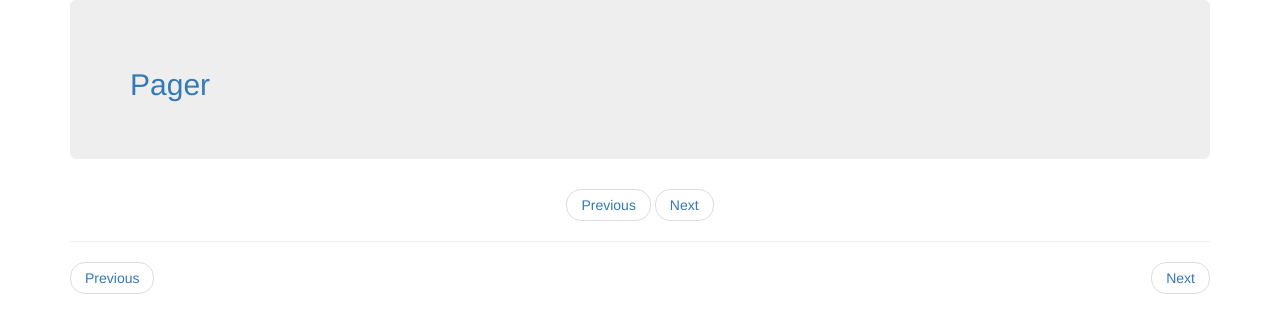
Repository: jksfoTemp/html-css-js
Page: -HTML5/bootstrap/listGroups.html
The author's editor kept a record of every edit. The page is drawn from the files as they stood at one moment, then again after the next edit.
The browser window is 1280 px wide. The pictures show the whole page.
Some web libraries are served in a nearby version.

Above is the page before.

### -HTML5/bootstrap/listGroups.html
<!DOCTYPE html>
<html lang="en">

<head>
    <title>Bootstrap - List Groups</title>
    <meta charset="utf-8">
    <meta name="viewport" content="width=device-width, initial-scale=1">

    <!-- <link rel="stylesheet" href="http://reset5.googlecode.com/hg/reset.min.css"> -->

    <!-- Latest compiled and minified CSS -->
    <link rel="stylesheet" href="https://maxcdn.bootstrapcdn.com/bootstrap/3.3.2/css/bootstrap.min.css">

    <!-- Optional theme -->
    <link rel="stylesheet" href="https://maxcdn.bootstrapcdn.com/bootstrap/3.3.2/css/bootstrap-theme.min.css">

    <script src="https://code.jquery.com/jquery-2.1.3.min.js"></script>

    <!-- Latest compiled and minified JavaScript -->
    <script src="https://maxcdn.bootstrapcdn.com/bootstrap/3.3.2/js/bootstrap.min.js">
    </script>

</head>

<body>
    <div class="container">
        <div class="jumbotron ">
            <h2><a href="http://www.w3schools.com/bootstrap/bootstrap_pagination.asp">Pager</a></h2>
        </div>

        <ul class="pager">
            <li><a href="#">Previous</a>
            </li>
            <li><a href="#">Next</a>
            </li>
        </ul>
        <hr />
        <ul class="pager">
            <li class="previous"><a href="#">Previous</a>
            </li>
            <li class="next"><a href="#">Next</a>
            </li>
        </ul>
    </div>
</body>

</html>

After the next edit:
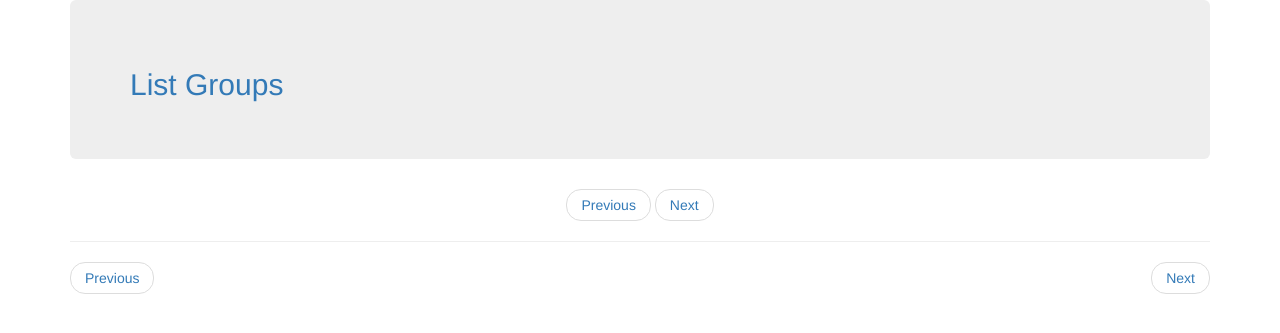
The edit:
--- a/-HTML5/bootstrap/listGroups.html
+++ b/-HTML5/bootstrap/listGroups.html
@@ -25,7 +25,7 @@
 <body>
     <div class="container">
         <div class="jumbotron ">
-            <h2><a href="http://www.w3schools.com/bootstrap/bootstrap_pagination.asp">Pager</a></h2>
+            <h2><a href="http://www.w3schools.com/bootstrap/bootstrap_pagination.asp">List Groups</a></h2>
         </div>
 
         <ul class="pager">
